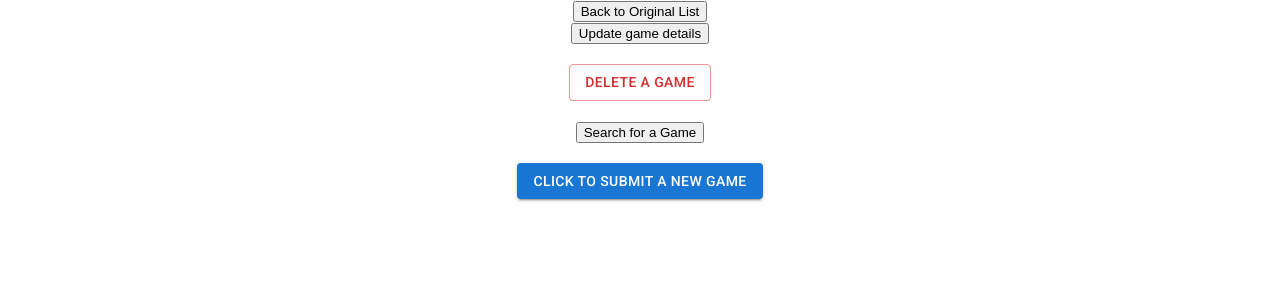
Repository: The-Software-Guild/assessment-2-react-nj10deadend
Page: / (app in Part-2/React-section/frontend/)
The author's editor kept a copy of each file at every save. The page is drawn from the files as they stood at one save, then again after a run of saves.
The browser window is 1280 px wide. The pictures show the whole page.
The page's requests for data from a server got no answer. The project was rebuilt for these pictures with package versions that can differ from the ones it lists, and the page was loaded fresh each time. No one was signed in, and anything a server would have sent is missing. Also part of the build but not shown: Part-2/React-section/frontend/src/components/GameCards.js.

Above is the page before, as saved 2021-12-19 16:20:49.

After the next 2 saves:
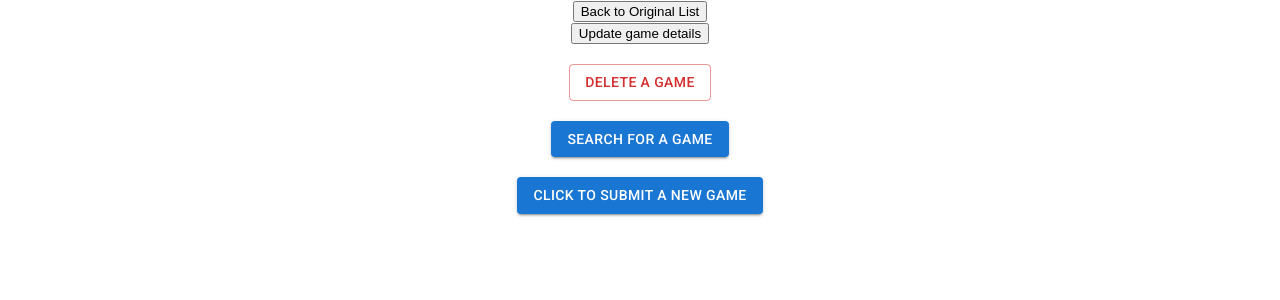
The 2 saves are shown as one change because 1 did not build or start.
The last was saved 3 min 7 s later.
--- a/Part-2/React-section/frontend/src/components/GameSearch.js
+++ b/Part-2/React-section/frontend/src/components/GameSearch.js
@@ -1,5 +1,7 @@
 import {useState} from 'react';
 import axios from 'axios';
+import Button from '@mui/material/Button';
+
 
 function GameSearch ({setGameData}) {
 
@@ -24,7 +26,7 @@ function GameSearch ({setGameData}) {
 
     return (
         <div>
-            <button onClick={() => {setClicked(!clicked)}}>{searchGameText}</button>
+            <Button variant="contained" onClick={() => {setClicked(!clicked)}}>{searchGameText}</Button>
             {clicked && (
                 <form onSubmit={onSearch}>
                     <input type="text" placeholder="Search for game by id..."
